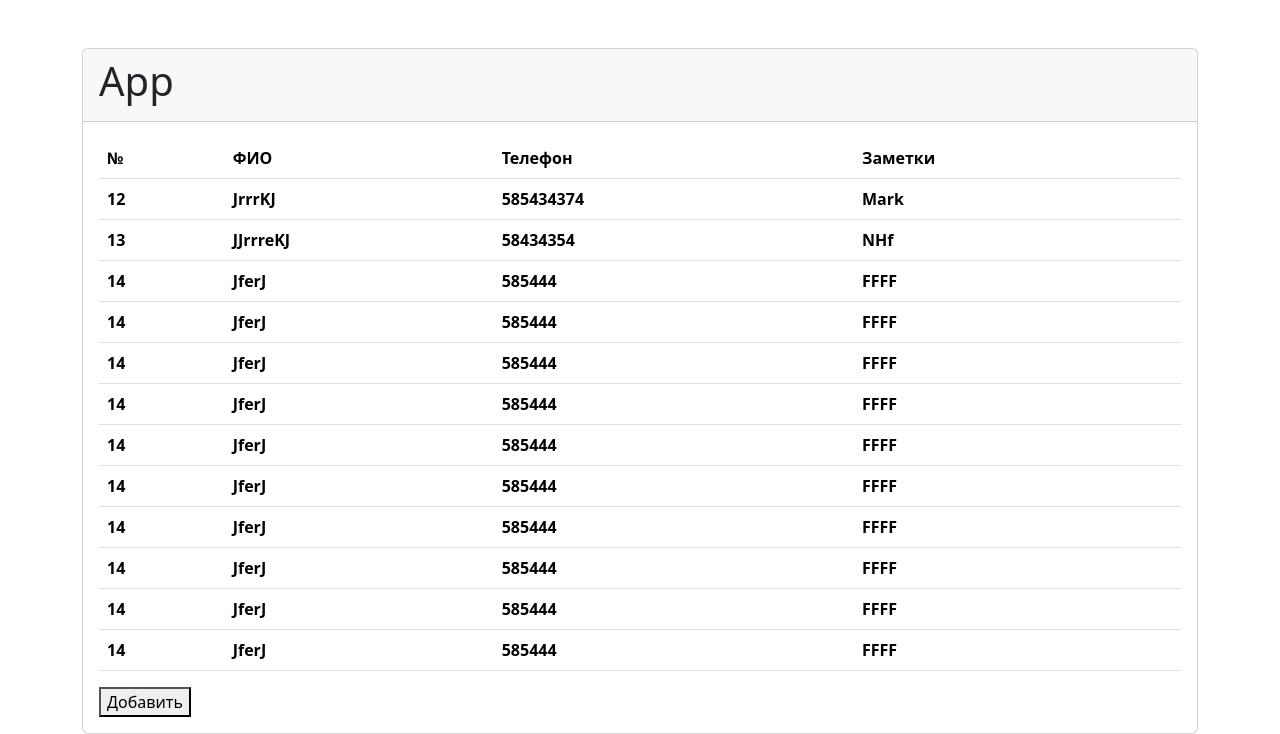
Repository: tatacheba/appstepikjavareact
Page: / (app in client/)
These files come from the project's save history. The page is drawn as it stood at one moment and after the next save; the edit follows.
The browser window is 1280 px wide. The pictures show the whole page.
The project was rebuilt for these pictures with package versions that can differ from the ones it lists, and the page was loaded fresh each time. Also part of the build but not shown: client/src/App.css.

Above is the page before, as saved 2024-11-27 11:36:49.

### client/public/index.html
<!DOCTYPE html>
<html lang="en">
    <head>
        <meta charset="utf-8" />
        <link rel="icon" href="%PUBLIC_URL%/favicon.ico" />
        <meta name="viewport" content="width=device-width, initial-scale=1" />
        <meta name="theme-color" content="#000000" />
        <meta
            name="description"
            content="Web site created using create-react-app"
        />
        <link rel="apple-touch-icon" href="%PUBLIC_URL%/logo192.png" />
        <link
            href="https://cdn.jsdelivr.net/npm/bootstrap@5.3.3/dist/css/bootstrap.min.css"
            rel="stylesheet"
            integrity="sha384-QWTKZyjpPEjISv5WaRU9OFeRpok6YctnYmDr5pNlyT2bRjXh0JMhjY6hW+ALEwIH"
            crossorigin="anonymous"
        />
        <!--
      manifest.json provides metadata used when your web app is installed on a
      user's mobile device or desktop. See https://developers.google.com/web/fundamentals/web-app-manifest/
    -->
        <link rel="manifest" href="%PUBLIC_URL%/manifest.json" />

        <title>App of Stepik</title>
    </head>
    <body>
        <div id="root"></div>
        <script
            src="https://cdn.jsdelivr.net/npm/bootstrap@5.3.3/dist/js/bootstrap.bundle.min.js"
            integrity="sha384-YvpcrYf0tY3lHB60NNkmXc5s9fDVZLESaAA55NDzOxhy9GkcIdslK1eN7N6jIeHz"
            crossorigin="anonymous"
        ></script>
    </body>
</html>

### client/src/index.js
import React from "react";
import ReactDOM from "react-dom/client";
import "./index.css";
import App from "./App";
import "bootstrap/dist/css/bootstrap.min.css";
import "bootstrap/dist/js/bootstrap.bundle.min.js";

const root = ReactDOM.createRoot(document.getElementById("root"));
root.render(
    <React.StrictMode>
        <App />
    </React.StrictMode>
);

### client/src/App.js
import "./App.css";
import TablewView from "./layouts/tableView/TablewView";

function App() {
    const items = [
        { id: 12, fullName: "JrrrKJ", phone: 585434374, notes: "Mark" },
        { id: 13, fullName: "JJrrreKJ", phone: 58434354, notes: "NHf" },
        { id: 14, fullName: "JferJ", phone: 585444, notes: "FFFF" },
        { id: 14, fullName: "JferJ", phone: 585444, notes: "FFFF" },
        { id: 14, fullName: "JferJ", phone: 585444, notes: "FFFF" },
        { id: 14, fullName: "JferJ", phone: 585444, notes: "FFFF" },
        { id: 14, fullName: "JferJ", phone: 585444, notes: "FFFF" },
        { id: 14, fullName: "JferJ", phone: 585444, notes: "FFFF" },
        { id: 14, fullName: "JferJ", phone: 585444, notes: "FFFF" },
        { id: 14, fullName: "JferJ", phone: 585444, notes: "FFFF" },
        { id: 14, fullName: "JferJ", phone: 585444, notes: "FFFF" },
        { id: 14, fullName: "JferJ", phone: 585444, notes: "FFFF" },
    ];
    return (
        <div className="container mt-5">
            <div className=" card">
                <div className="card-header">
                    <h1>App</h1>
                </div>
                <div className="card-body">
                    <TablewView data={items} />
                    <div>
                        <button type="button">Добавить</button>
                    </div>
                </div>
            </div>
        </div>
    );
}

export default App;

### client/src/layouts/tableView/TablewView.js
import React from "react";
import TableRowItem from "./TableRowItem";

const TablewView = (props) => {
    return (
        <table className="table table-hover">
            <thead>
                <tr>
                    <th scope="col">№</th>
                    <th scope="col">ФИО</th>
                    <th scope="col">Телефон</th>
                    <th scope="col">Заметки</th>
                </tr>
            </thead>
            <tbody>
                {props.data.map((item) => (
                    <TableRowItem contact={item} />
                ))}
            </tbody>
        </table>
    );
};
export default TablewView;

### client/src/layouts/tableView/TableRowItem.js
import React from "react";

const TableRowItem = (props) => {
    return (
        <tr>
            <th scope="row">{props.contact.id}</th>
            <th>{props.contact.fullName}</th>
            <th>{props.contact.phone}</th>
            <th>{props.contact.notes}</th>
        </tr>
    );
};

export default TableRowItem;

Loaded but not shown: client/src/index.css (common file)

After the next save:
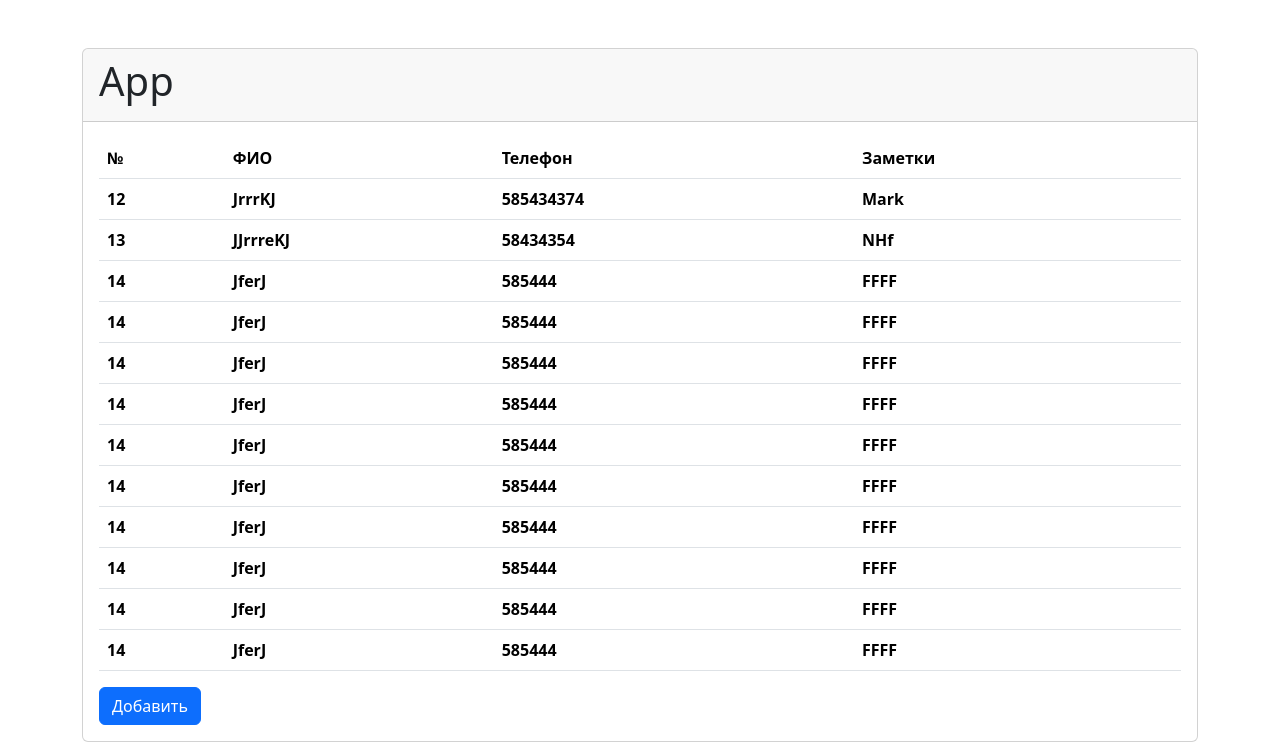
Saved 40 s later.
--- a/client/src/App.js
+++ b/client/src/App.js
@@ -25,7 +25,9 @@ function App() {
                 <div className="card-body">
                     <TablewView data={items} />
                     <div>
-                        <button type="button">Добавить</button>
+                        <button className="btn btn-primary" type="button">
+                            Добавить
+                        </button>
                     </div>
                 </div>
             </div>
